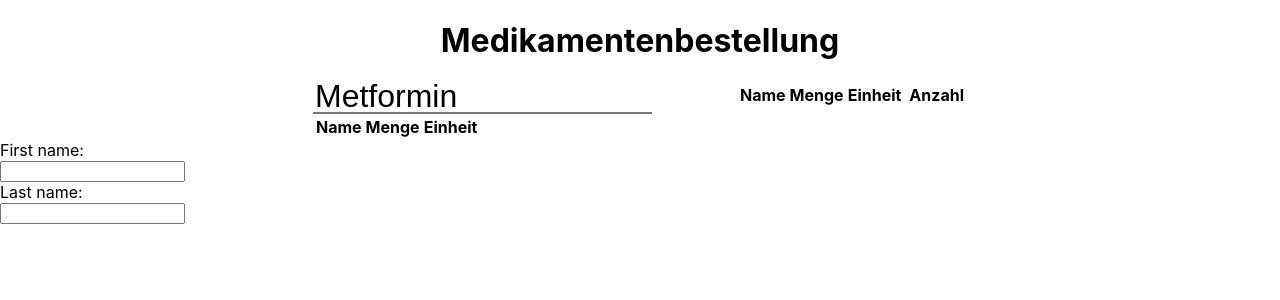
Repository: Esatollah/MedDemo
Page: / (app in client/)
These files come from the project's save history. The page is drawn as it stood at one moment and after the next save; the edit follows.
The browser window is 1280 px wide. The pictures show the whole page.
The page's requests for data from a server got no answer. The project was rebuilt for these pictures with package versions that can differ from the ones it lists, and the page was loaded fresh each time. No one was signed in, and anything a server would have sent is missing. Also part of the build but not shown: client/src/App.css.

Above is the page before, as saved 2022-06-02 16:11:29.

After the next save:
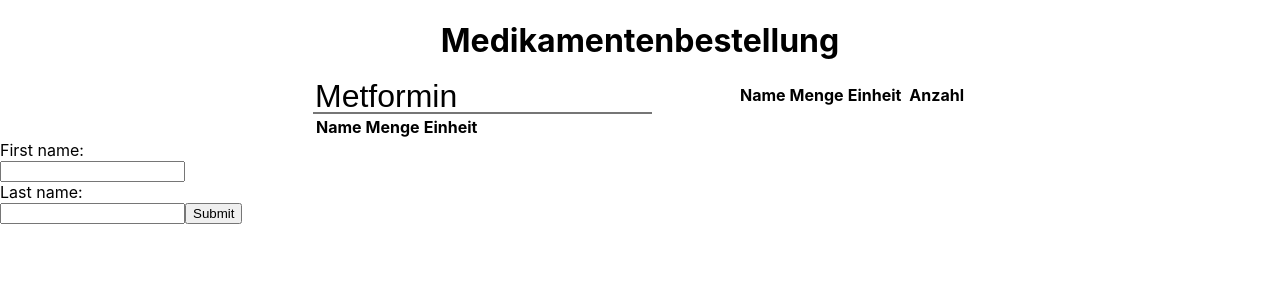
Saved 74 s later.
--- a/client/src/components/Form.jsx
+++ b/client/src/components/Form.jsx
@@ -8,6 +8,7 @@ const Form = props => {
             <input type="text" id="fname" name="fname" /><br/>
             <label for="lname">Last name:</label><br />
             <input type="text" id="lname" name="lname" />
+            <input type="submit" value="Submit"></input>
         </form>
     </div>
 
